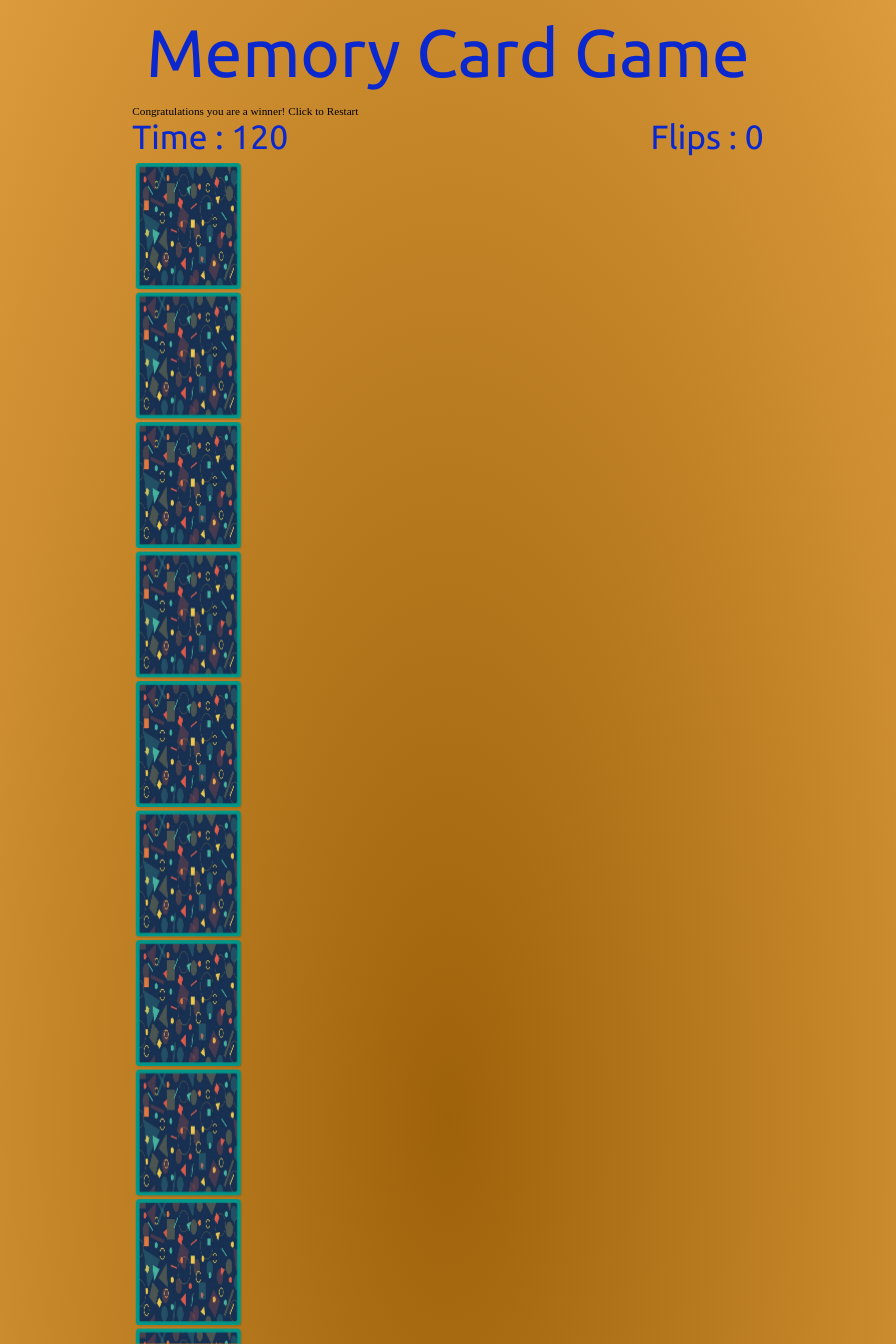
Repository: claudiadanaila1/Project-2--Interactive-FrontEnd---Memory-game
Page: index.html
The author's editor kept a record of every edit. The page is drawn from the files as they stood at one moment, then again after the next edit.
The browser window is 1280 px wide. The pictures show the part of the page from y = 0 to 1920 px (the page is 3193 px tall before and 1098 px after), at 70% of full size.

Above is the page before.

### index.html
<!DOCTYPE html>
<html lang="en">
<head>
    <meta charset="UTF-8">
    <meta name="viewport" content="width=device-width, initial-scale=1.0">
    <meta http-equiv="X-UA-Compatible" content="ie=edge">
    <link rel="stylesheet" href="css/style.css" type="text/css" />
    <title>Memory Card Game</title>
</head>
<body>
    <h1 class="title">Memory Card Game</h1>

    <div class="text-game active">Click to Start</div>
    <div class="text-game" id="game-over-text">Game Over
    <span class="text-game-restart">Click to Restart</span>
    </div>
    <div class"text-game" id="victory-text">Congratulations you are a winner!
    <span class="text-game-restart">Click to Restart</span>
    </div>

    <div class="game-info-container">
      <div class="game-info">
        Time : <span id="time-remaining">120</span>
      </div>
      <div class="game-info">
        Flips : <span id="flips">0</span>
      </div>
    </div>

  <section class="memory-game">
      <div class="memory-card">
          <img class="card-front" src="assets/images/jelly1.jpg" alt="jelly-fish"/>
          <img class="card-back"  src="assets/images/background1.jpg" alt="lock" />
      </div>
      <div class="memory-card">
          <img class="card-front" src="assets/images/jelly1.jpg" alt="jelly-fish"/>
          <img class="card-back"  src="assets/images/background1.jpg" alt="lock" />
      </div>
      <div class="memory-card">
          <img class="card-front" src="assets/images/jelly2.jpg" alt="jelly-fish"/>
          <img class="card-back"  src="assets/images/background1.jpg" alt="lock" />
      </div>
      <div class="memory-card">
          <img class="card-front" src="assets/images/jelly2.jpg" alt="jelly-fish"/>
          <img class="card-back"  src="assets/images/background1.jpg" alt="lock" />
      </div>
      <div class="memory-card">
          <img class="card-front" src="assets/images/jelly3.jpg" alt="jelly-fish"/>
          <img class="card-back"  src="assets/images/background1.jpg" alt="lock" />
      </div>
      <div class="memory-card">
          <img class="card-front" src="assets/images/jelly3.jpg" alt="jelly-fish"/>
          <img class="card-back"  src="assets/images/background1.jpg" alt="lock" />
      </div>
      <div class="memory-card">
          <img class="card-front" src="assets/images/jelly4.jpg" alt="jelly-fish"/>
          <img class="card-back"  src="assets/images/background1.jpg" alt="lock" />
      </div>
      <div class="memory-card">
          <img class="card-front" src="assets/images/jelly4.jpg" alt="jelly-fish"/>
          <img class="card-back"  src="assets/images/background1.jpg" alt="lock" />
      </div>
      <div class="memory-card">
          <img class="card-front" src="assets/images/jelly5.jpg" alt="jelly-fish"/>
          <img class="card-back"  src="assets/images/background1.jpg" alt="lock" />
      </div>
      <div class="memory-card">
          <img class="card-front" src="assets/images/jelly5.jpg" alt="jelly-fish"/>
          <img class="card-back"  src="assets/images/background1.jpg" alt="lock" />
      </div>
      <div class="memory-card">
          <img class="card-front" src="assets/images/jelly6.jpg" alt="jelly-fish"/>
          <img class="card-back"  src="assets/images/background1.jpg" alt="lock" />
      </div>
      <div class="memory-card">
          <img class="card-front" src="assets/images/jelly6.jpg" alt="jelly-fish"/>
          <img class="card-back"  src="assets/images/background1.jpg" alt="lock" />
      </div>
      <div class="memory-card">
          <img class="card-front" src="assets/images/jelly7.jpg" alt="jelly-fish"/>
          <img class="card-back "  src="assets/images/background1.jpg" alt="lock" />
      </div>
       <div class="memory-card">
          <img class="card-front" src="assets/images/jelly7.jpg" alt="jelly-fish"/>
          <img class="card-back"  src="assets/images/background1.jpg" alt="lock" />
      </div>
      <div class="memory-card">
          <img class="card-front" src="assets/images/jelly8.jpg" alt="jelly-fish"/>
          <img class="card-back"  src="assets/images/background1.jpg" alt="lock" />
      </div>
      <div class="memory-card">
          <img class="card-front" src="assets/images/jelly8.jpg" alt="jelly-fish"/>
          <img class="card-back"  src="assets/images/background1.jpg" alt="lock" />
      </div>

  </section>
  <script type="text/javascript" src="script.js"></script>
</body>
</html>

### css/style.css
@import url('https://fonts.googleapis.com/css?family=Ubuntu&display=swap');

@import url('https://fonts.googleapis.com/css?family=Kalam&display=swap');


* {
    padding: 0;
    margin: 0;
    box-sizing: border-box;
}

html {
   min-height: 100vh;
    display: flex;
    background:radial-gradient(#9e620a, #dc9b3c);
}

body{
    margin:auto;
    justify-content:center;
}

/* title and game info container */

.title {
    font-family:"Ubuntu", sans-serif;
    font-size: 6em;
    text-align: center;
    font-weight: normal;
    color:#0a28ce;
    margin:20px;
}

.game-info-container {
    grid-column: 1/-1;
    justify-content: space-between;
    display: flex;
    margin-bottom:10px;
}

.game-info {
    font-family: "Ubuntu", sans-serif;
    font-size:3em;
    color:#0a28ce;
}

/* styles for the memory game container and cards */


.memory-game-container {
 display:grid;
  grid-template-columns: repeat(4, auto);
  grid-gap: 5px;
  margin: 50px;
  justify-content: center;
  perspective: 1000px;
}

.memory-card {
  width: 150px;
  height: 180px;
  margin: 5px;
  position: relative;
  transform: scale(1);
  transform-style: preserve-3d;
  transition: transform .5s;
  border-radius:5px;
  box-shadow: 1px 1px 1px rgba(0,0,0,.2);
}

.memory-card:active {
  transform: scale(0.96);
  transition: transform .3s ease-in;
}

.memory-card.flip {
  transform: rotateY(180deg);
}

.card-front,
.card-back {
  width: 100%;
  height: 100%;
  padding: 5px;
  position: absolute;
  border-radius: 5px;
  background: #009688;;
  backface-visibility: hidden;
}

.card-front {
  transform: rotateY(180deg);

}

/* game text for start, victory and game over */

.text-game {
    font-family: "Kalam", sans-serif;
    position:fixed;
    align-items:center;
    z-index: 100;
    display:none;
    top:0;
    bottom:0;
    right:0;
    left:0;

}

/*media queries game info and memory game containers */

@media (max-width: 600px){
.memory-game-container {
     grid-template-columns: repeat(2, auto);
}
.game-info-container {
    flex-direction: column;
    align-items: center;
  }
}

Loaded but not shown: script.js (no copy from this time; the picture is the same without it)

After the next edit:
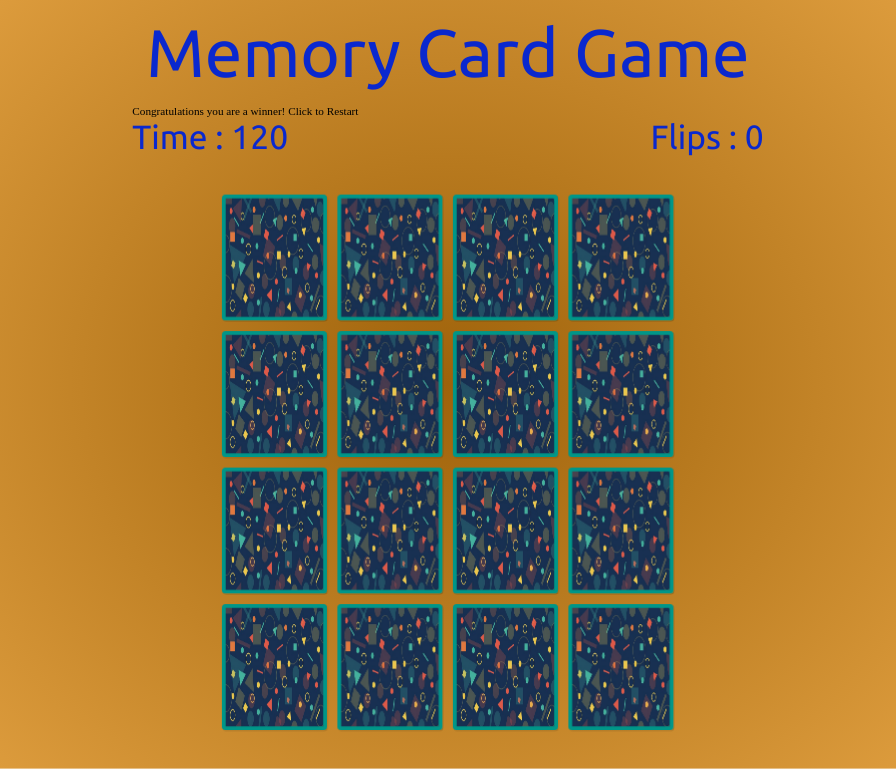
The edit:
--- a/index.html
+++ b/index.html
@@ -27,7 +27,7 @@
       </div>
     </div>
 
-  <section class="memory-game">
+  <section class="memory-game-container">
       <div class="memory-card">
           <img class="card-front" src="assets/images/jelly1.jpg" alt="jelly-fish"/>
           <img class="card-back"  src="assets/images/background1.jpg" alt="lock" />
